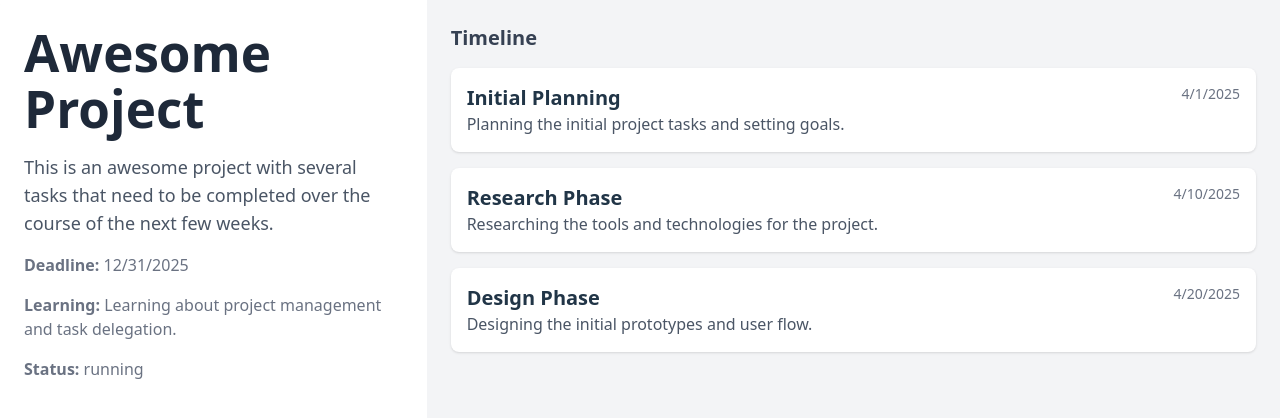
Repository: mohitagrawal0412/Workify
Page: /projectDetails (app in client/)
The author's editor kept a copy of each file at every save. The page is drawn from the files as they stood at one save, then again after the next save.
The browser window is 1280 px wide. The pictures show the whole page.
The project was rebuilt for these pictures with package versions that can differ from the ones it lists, and the page was loaded fresh each time. Also part of the build but not shown: client/vite.config.js, client/src/Components/Dashboard/Dashboard.jsx, client/src/Components/Dashboard/AllProjects.jsx, client/src/Components/Dashboard/EntryDetails.jsx.

Above is the page before, as saved 2025-04-15 10:13:14.

### client/src/App.jsx
import './App.css';
import { BrowserRouter as Router, Routes, Route } from 'react-router-dom';
import Dashboard from './Components/Dashboard/Dashboard';
import AllProjects from './Components/Dashboard/AllProjects'; // adjust path as needed
import ProjectDetails from './Components/Dashboard/ProjectDetails'; // Add this import for the project details page
import EntryDetails from './Components/Dashboard/EntryDetails'; // Add this import for the entry details page

function App() {
  return (
    <Router>
      <Routes>
        {/* Route for Dashboard */}
        <Route path="/" element={<Dashboard />} />

        {/* Route for All Projects */}
        <Route path="/projects" element={<AllProjects />} />

        {/* Route for Project Details, assuming we are passing projectId */}
        <Route path="/projectDetails" element={<ProjectDetails />} />

        {/* Route for Entry Details, assuming we are passing entryId */}
        <Route path="/entryDetails" element={<EntryDetails />} />
      </Routes>
    </Router>
  );
}

export default App;

### client/src/Components/Dashboard/ProjectDetails.jsx
import React from "react";

const ProjectDetails = () => {
    // Static data
    const project = {
        projectName: "Awesome Project",
        description: "This is an awesome project with several tasks that need to be completed over the course of the next few weeks.",
        deadline: "2025-12-31",
        learning: "Learning about project management and task delegation.",
        status: "running",
        entries: [
            {
                _id: "entry1",
                title: "Initial Planning",
                description: "Planning the initial project tasks and setting goals.",
                date: "2025-04-01",
            },
            {
                _id: "entry2",
                title: "Research Phase",
                description: "Researching the tools and technologies for the project.",
                date: "2025-04-10",
            },
            {
                _id: "entry3",
                title: "Design Phase",
                description: "Designing the initial prototypes and user flow.",
                date: "2025-04-20",
            },
        ],
    };

    return (
        <div className="min-h-screen flex">
            {/* Left Side: Project Details */}
            <div className="w-1/3 p-6 bg-white shadow-lg rounded-lg">
                <h1 className="text-3xl font-bold text-gray-800 mb-4">{project.projectName}</h1>
                <p className="text-lg text-gray-600">{project.description}</p>
                <p className="text-gray-500 mt-4">
                    <strong>Deadline:</strong> {new Date(project.deadline).toLocaleDateString()}
                </p>
                <p className="text-gray-500 mt-4">
                    <strong>Learning:</strong> {project.learning || "No learning material"}
                </p>
                <p className="text-gray-500 mt-4">
                    <strong>Status:</strong> {project.status}
                </p>
            </div>

            {/* Right Side: Timeline of Entries */}
            <div className="w-2/3 p-6 bg-gray-100">
                <h2 className="text-xl font-semibold text-gray-700 mb-4">Timeline</h2>
                <div className="space-y-4">
                    {project.entries.map((entry) => (
                        <div
                            key={entry._id}
                            className="p-4 bg-white shadow rounded-lg cursor-pointer hover:bg-gray-50" onClick={"/entryDetails"}
                        >
                            <div className="flex justify-between">
                                <p className="text-xl font-bold">{entry.title}</p>
                                <p className="text-sm text-gray-500">
                                    {new Date(entry.date).toLocaleDateString()}
                                </p>
                            </div>
                            <p className="text-gray-600">{entry.description}</p>
                        </div>
                    ))}
                </div>
            </div>
        </div>
    );
};

export default ProjectDetails;

Loaded but not shown: client/index.html (common file); client/src/main.jsx (common file); client/src/index.css (common file); client/src/App.css (common file)

After the next save:
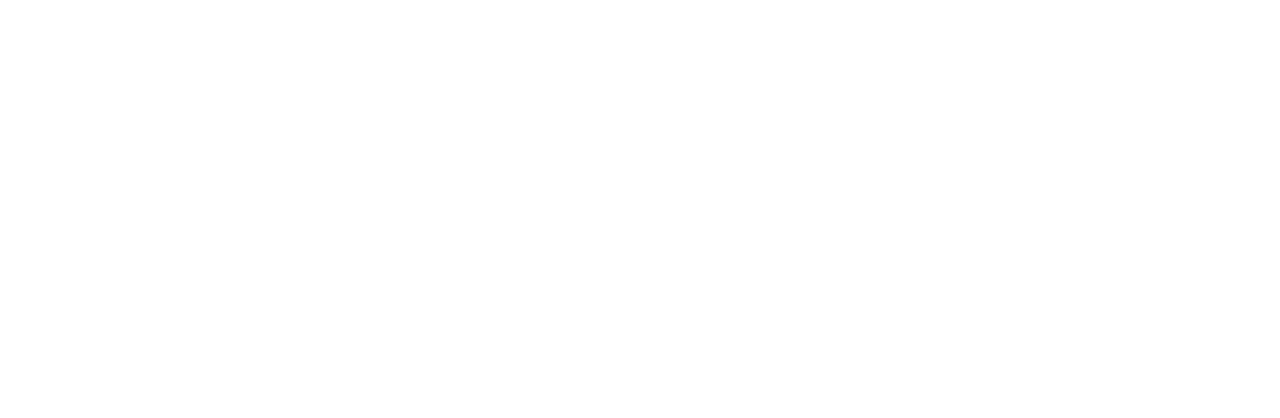
Console error: ReferenceError: handleEntryClick is not defined
Saved 80 s later.
--- a/client/src/Components/Dashboard/ProjectDetails.jsx
+++ b/client/src/Components/Dashboard/ProjectDetails.jsx
@@ -54,7 +54,7 @@
                     {project.entries.map((entry) => (
                         <div
                             key={entry._id}
-                            className="p-4 bg-white shadow rounded-lg cursor-pointer hover:bg-gray-50" onClick={"/entryDetails"}
+                            className="p-4 bg-white shadow rounded-lg cursor-pointer hover:bg-gray-50" onClick={handleEntryClick}
                         >
                             <div className="flex justify-between">
                                 <p className="text-xl font-bold">{entry.title}</p>

After the 3 saves that followed:
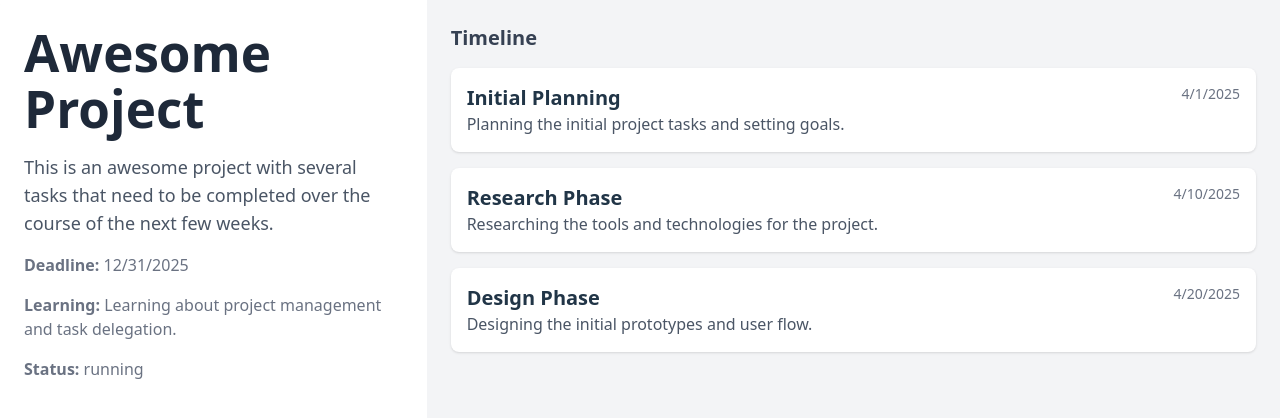
The error is gone.
The 3 saves are shown as one change because 1 left the picture as it was and some came seconds apart.
The last was saved 73 s later.
--- a/client/src/Components/Dashboard/ProjectDetails.jsx
+++ b/client/src/Components/Dashboard/ProjectDetails.jsx
@@ -1,6 +1,11 @@
 import React from "react";
+import { useNavigate } from 'react-router-dom';
+const ProjectDetails = () => {
+    const navigate = useNavigate(); // Initialize navigate function
 
-const ProjectDetails = () => {
+    const handleEntryClick = () => {
+        navigate('/entryDetails'); // Navigate to entry details page
+    };
     // Static data
     const project = {
         projectName: "Awesome Project",
